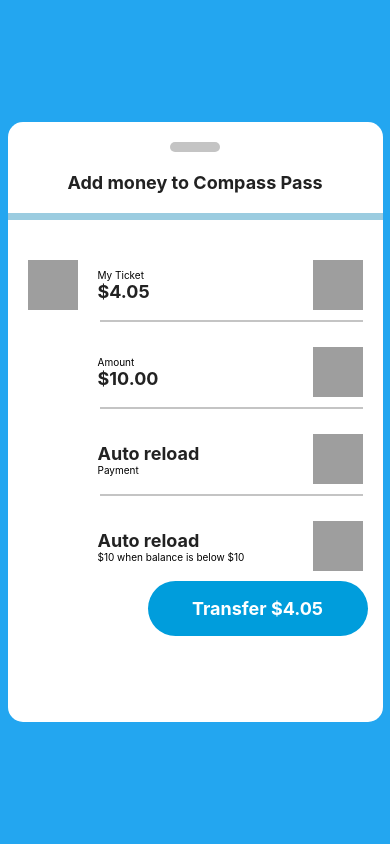
Repository: wilyyy/CompassPlus
Page: /
An editor plug-in stored every save of this project. The page is shown before and after the next save, followed by the edit.
The browser window is 390 px wide. The pictures show the whole page.
Pictures or frames that could not be fetched are drawn as grey boxes. The app was drawn by React Native's web renderer in a window 390 px wide. The project was rebuilt for these pictures with package versions that can differ from the ones it lists, and the page was loaded fresh each time. Also part of the build but not shown: constants/styles.js, comps/CompassCardParent/cardManager.js, comps/CompassCardParent/transferFunds.js, comps/LinkCompassCard/index.js, comps/RideCardCont/index.js, storybook/stories/CenterView/style.js, comps/SignUpTransitCard/index.js.

Above is the page before, as saved 2021-10-30 19:53:47.

After the next save:
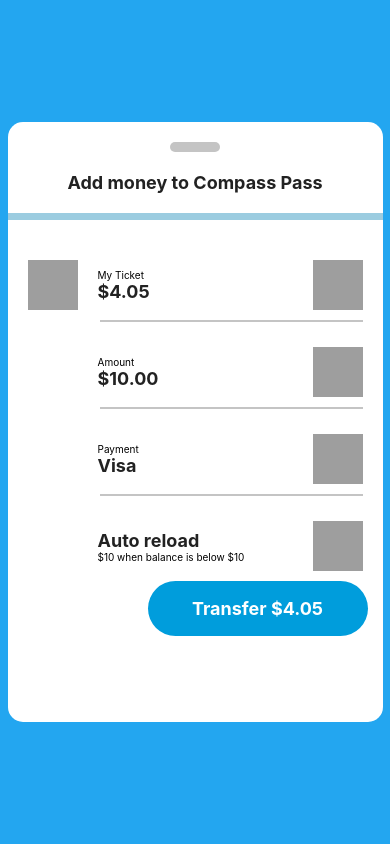
Saved 39 s later.
--- a/comps/CompassCardParent/CardManager/AddFunds/index.js
+++ b/comps/CompassCardParent/CardManager/AddFunds/index.js
@@ -166,9 +166,8 @@
                         source={{ uri: '#', }}
                     />
                     <TextColumn>
-                        <Amount>Auto reload</Amount>
                         <SmallTitle>Payment</SmallTitle>
-
+                        <Amount>{paymentType}</Amount>
                     </TextColumn>
                 </SettingsContLeft>
                 <Arrow
